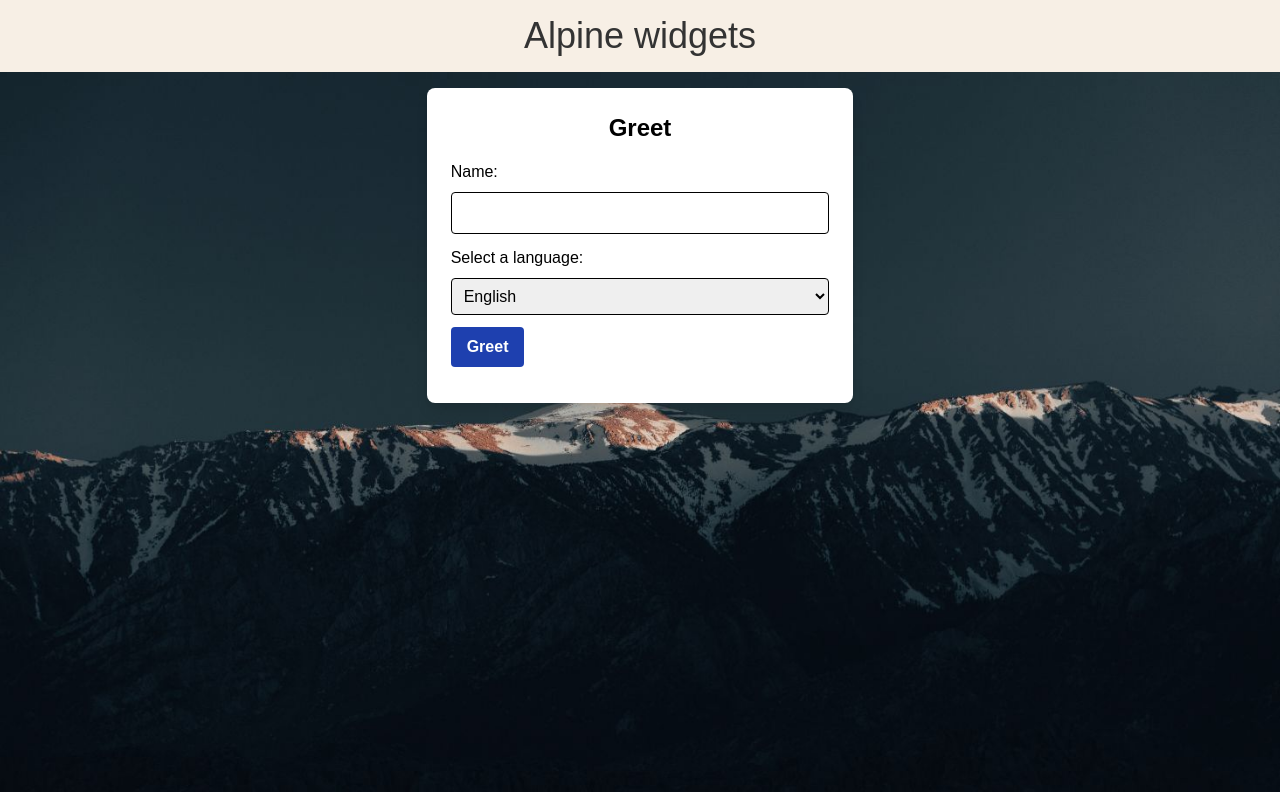
Repository: lasity34/alpine-bootcamp-widgets
Page: index.html
These files come from the project's save history. The page is drawn as it stood at one moment and after the next save; the edit follows.
The browser window is 1280 px wide. The pictures show the whole page.
Some web fonts or font styles are not loaded; a fallback is used. Some web libraries are served in a nearby version.

Above is the page before, as saved 2023-07-12 11:50:01.

After the next save:
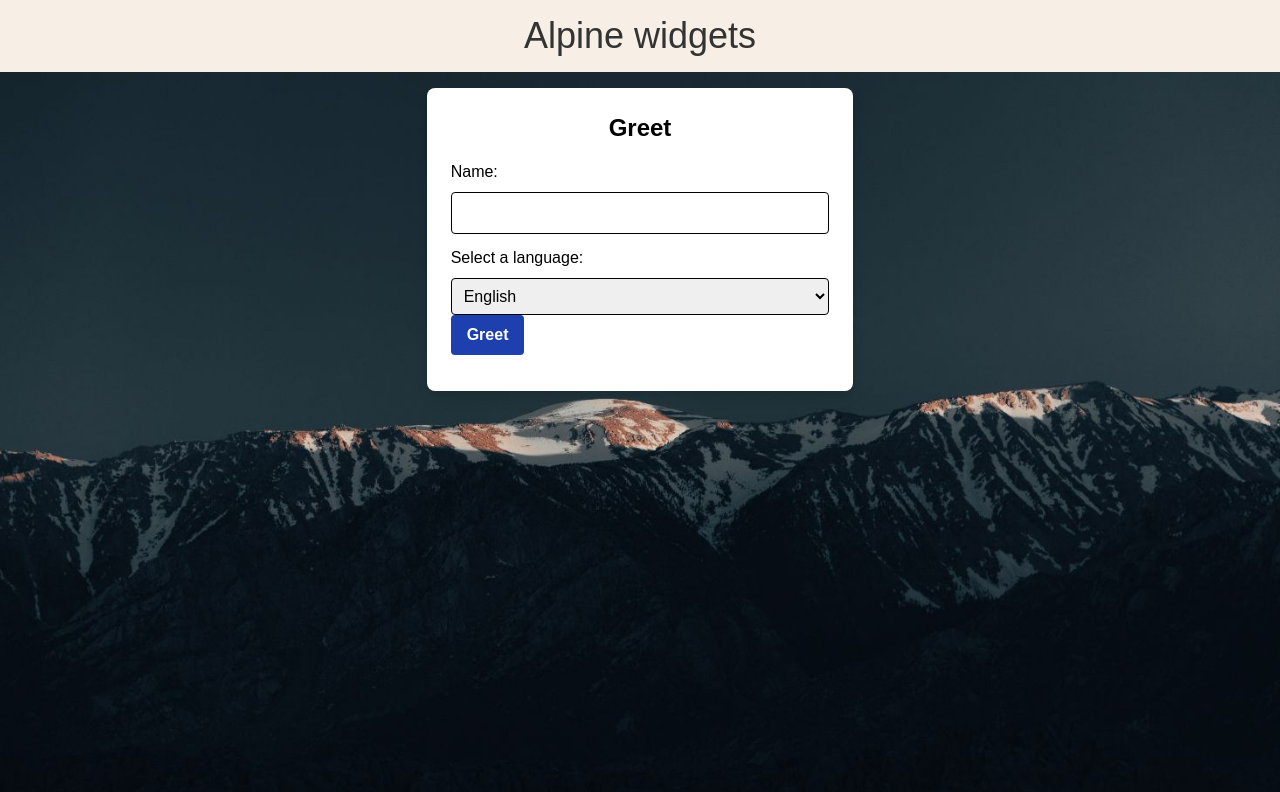
Saved 14 s later.
--- a/index.html
+++ b/index.html
@@ -45,7 +45,7 @@
 
           <button
             @click="greeting()"
-            class="mx-auto mt-3 bg-blue-800 hover:bg-blue-900 text-white font-bold py-2 px-4 rounded"
+            class="text-center  bg-blue-800 hover:bg-blue-900 text-white font-bold py-2 px-4 rounded"
           >
             Greet
           </button>

After the save that followed:
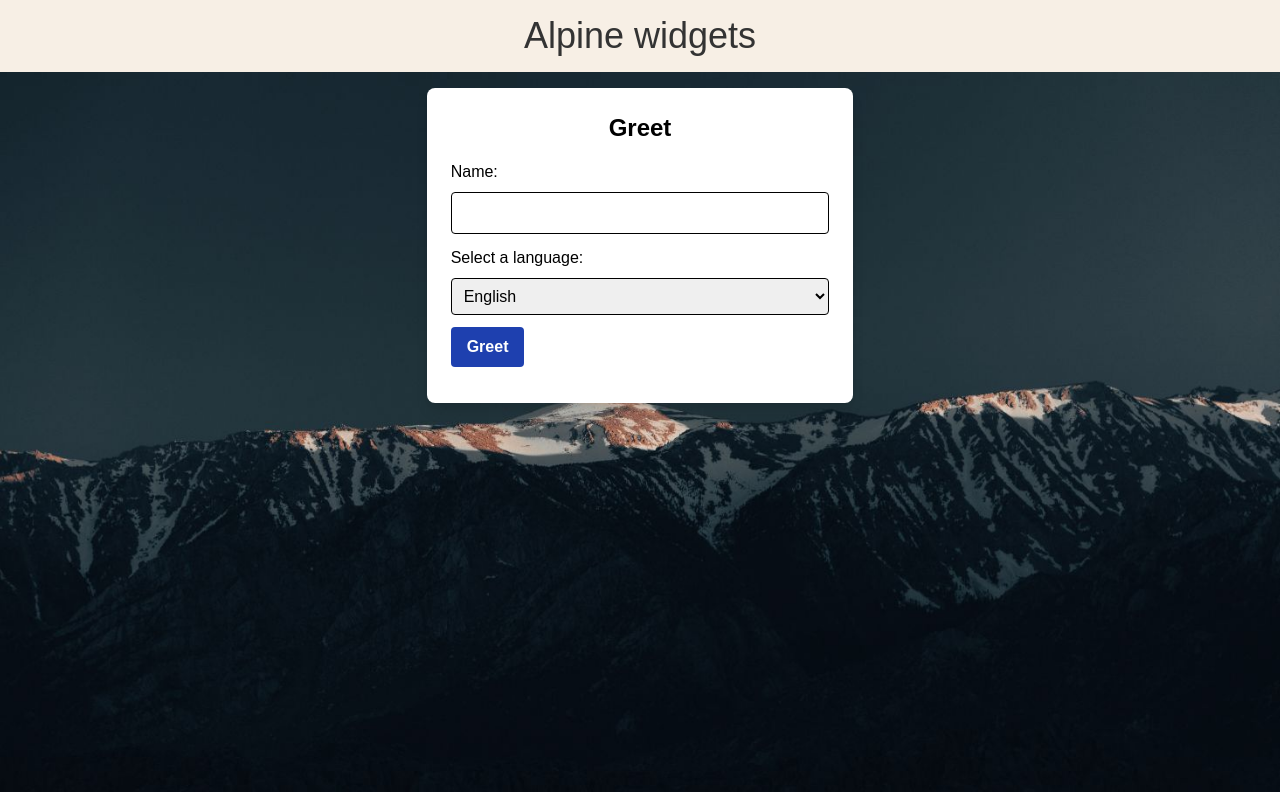
Saved 8 s later.
--- a/index.html
+++ b/index.html
@@ -45,7 +45,7 @@
 
           <button
             @click="greeting()"
-            class="text-center  bg-blue-800 hover:bg-blue-900 text-white font-bold py-2 px-4 rounded"
+            class="text-center mt-3 bg-blue-800 hover:bg-blue-900 text-white font-bold py-2 px-4 rounded"
           >
             Greet
           </button>
